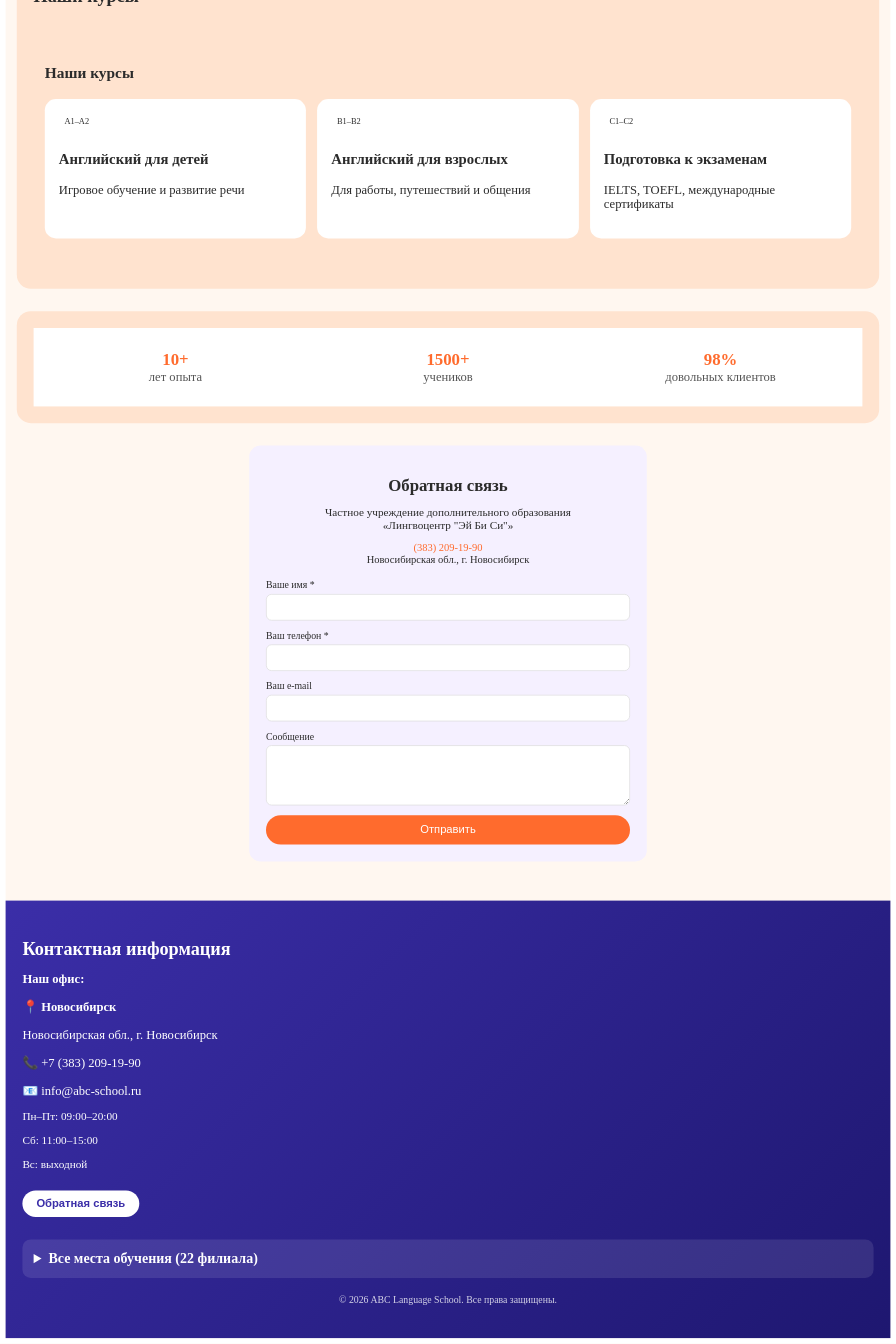
Repository: vidergooold/abc-language-school
Page: / (app in frontend/)
These files come from the project's save history. The page is drawn as it stood at one moment and after a run of saves; the edit follows.
The browser window is 1280 px wide. The pictures show the part of the page from y = 681 to 2601 px (the page is 2601 px tall before and 2599 px after), at 70% of full size.
The project was rebuilt for these pictures with package versions that can differ from the ones it lists, and the page was loaded fresh each time. Also part of the build but not shown: frontend/vite.config.ts, frontend/src/components/courses/CoursesFilter.vue, frontend/src/components/courses/CourseCard.vue, frontend/src/components/courses/CoursesGrid.vue, frontend/src/pages/Courses.vue, frontend/src/pages/Login.vue, frontend/src/pages/Register.vue, frontend/src/pages/Enroll.vue and 5 more.

Above is the page before, as saved 2026-01-11 18:10:49.

After the next 2 saves:
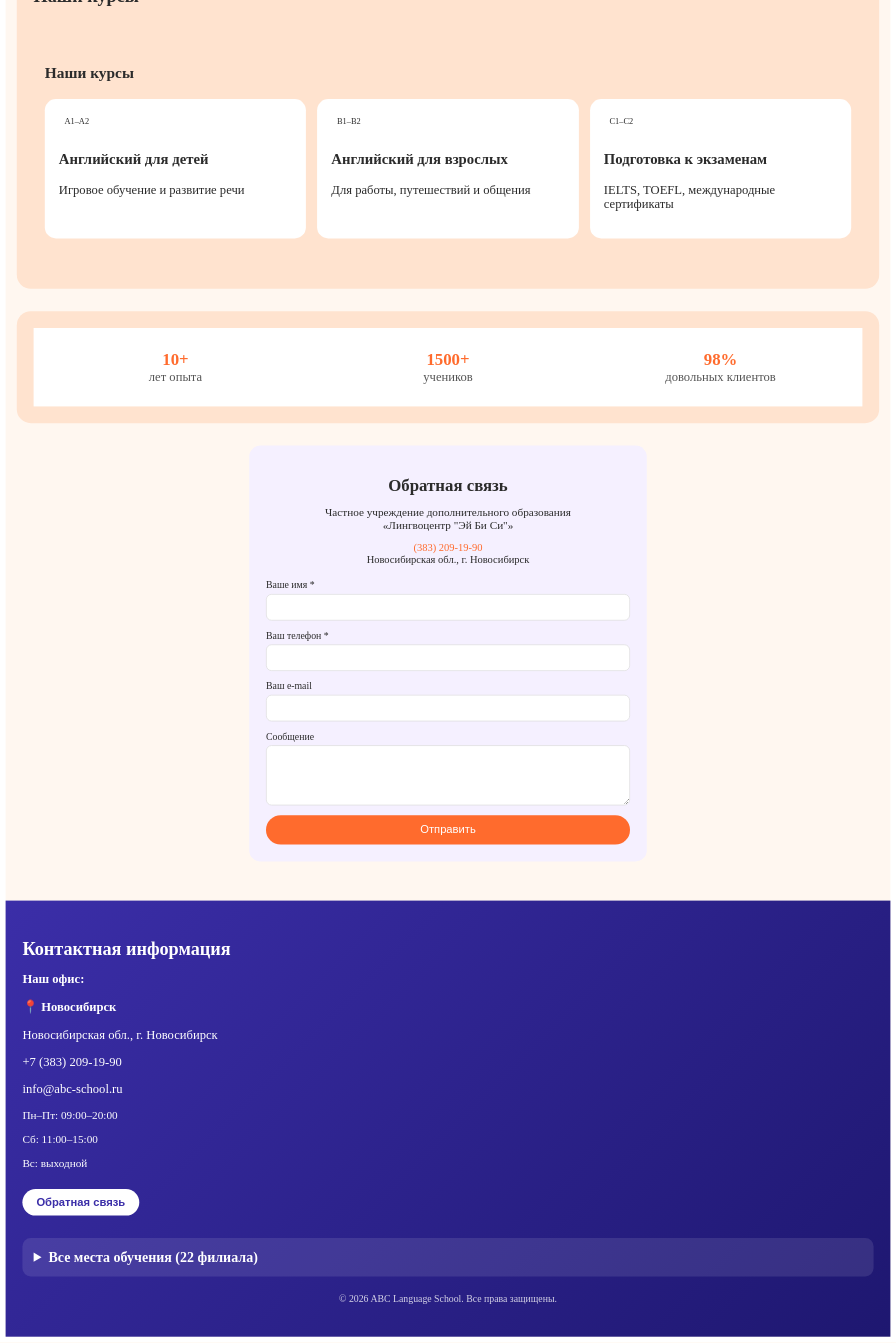
The 2 saves are shown as one change because they came seconds apart.
The last was saved 7 s later.
--- a/frontend/src/components/layout/Footer.vue
+++ b/frontend/src/components/layout/Footer.vue
@@ -13,12 +13,12 @@
 
         <div class="footer__phones">
           <a href="tel:+73832091990" class="footer__phone">
-            📞 +7 (383) 209-19-90
+             +7 (383) 209-19-90
           </a>
         </div>
 
         <p class="footer__email">
-          📧 <a href="mailto:info@abc-school.ru">info@abc-school.ru</a>
+           <a href="mailto:info@abc-school.ru">info@abc-school.ru</a>
         </p>
 
         <div class="footer__schedule">
